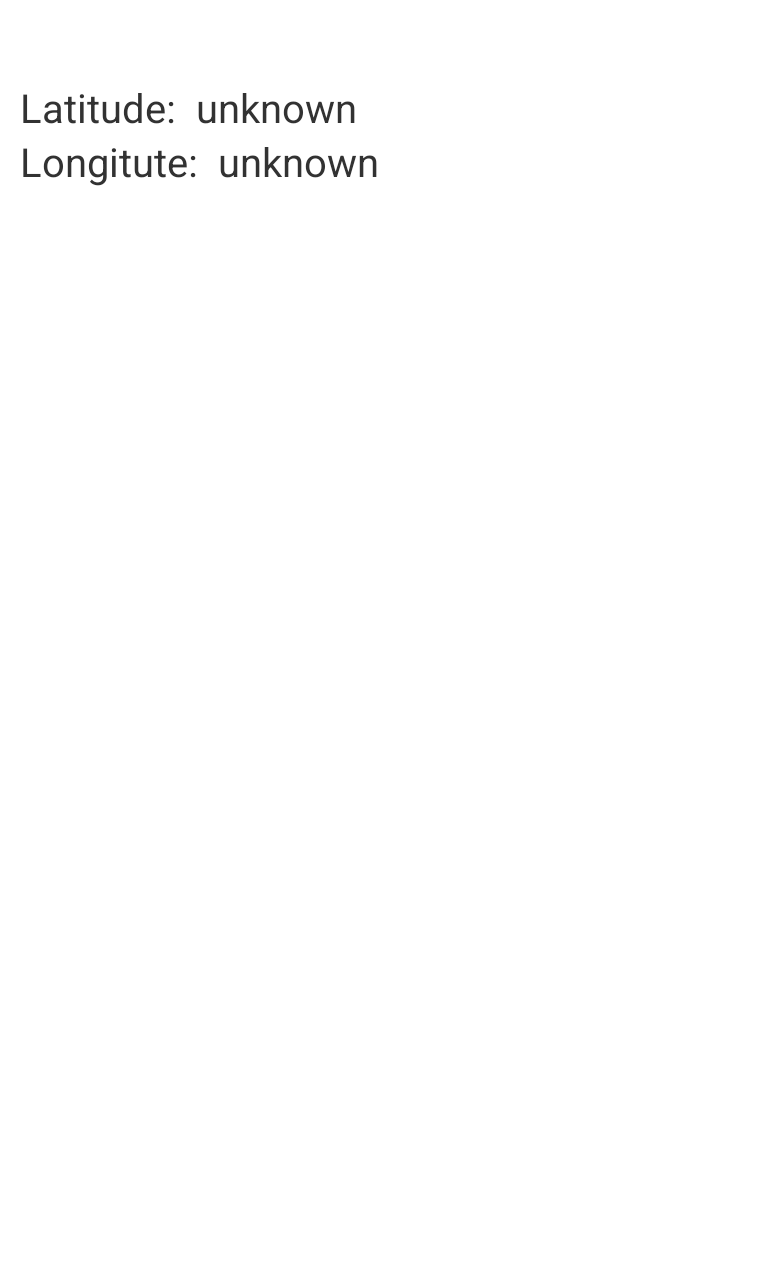
Repository: AungWinnHtut/projAndroid
Layout: com.engineer4myanmar.json.MainActivity/res/layout/activity_gps.xml
The author's editor kept a copy of each file at every save. The layout is drawn from the files as they stood at one save, then again after the next save.
It is drawn on a 768 x 1280 px phone screen (xhdpi) without system bars, with theme AppTheme; the app's code is not run.

Above is the layout before, as saved 2015-08-29 23:20:18.

After the next save:
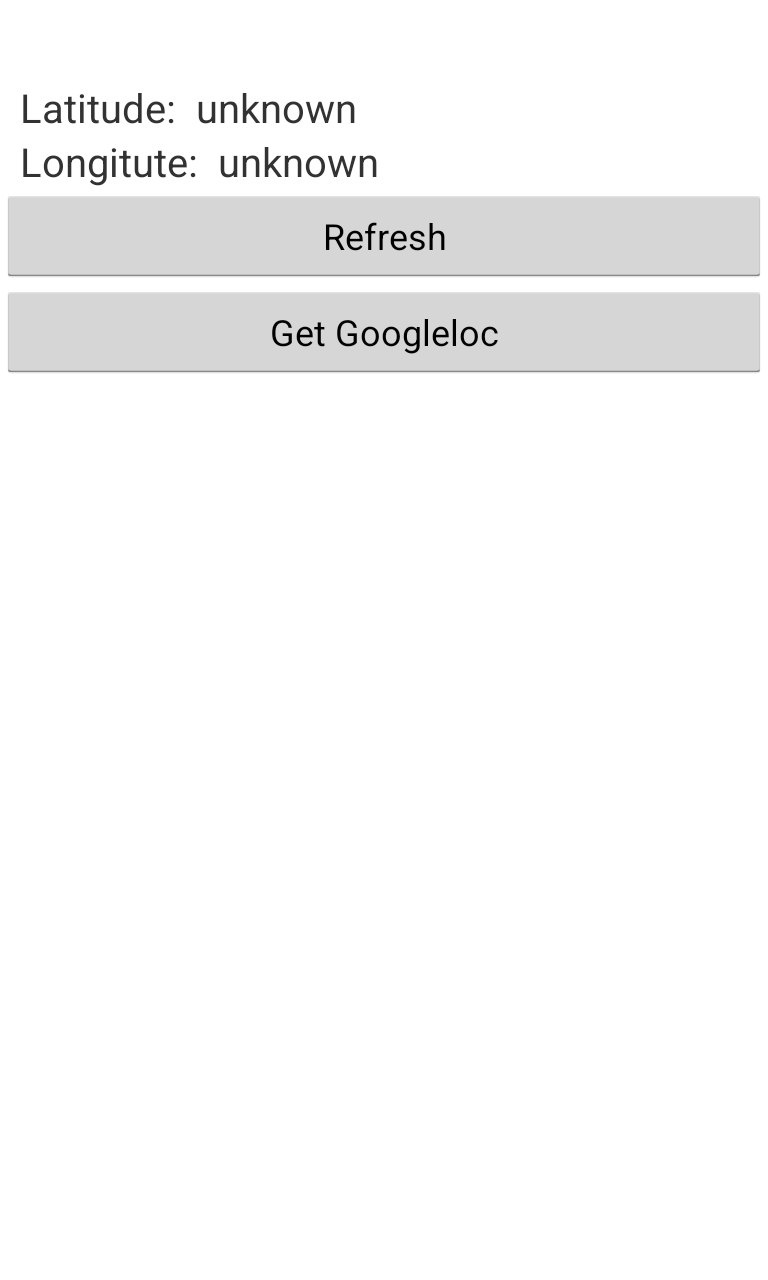
Saved 77 s later.
--- a/com.engineer4myanmar.json.MainActivity/res/layout/activity_gps.xml
+++ b/com.engineer4myanmar.json.MainActivity/res/layout/activity_gps.xml
@@ -54,4 +54,16 @@
         </TextView>
     </LinearLayout>
 
+    <Button
+        android:id="@+id/button1"
+        android:layout_width="match_parent"
+        android:layout_height="wrap_content"
+        android:text="Refresh" />
+
+    <Button
+        android:id="@+id/button2"
+        android:layout_width="match_parent"
+        android:layout_height="wrap_content"
+        android:text="Get Googleloc" />
+
 </LinearLayout>
